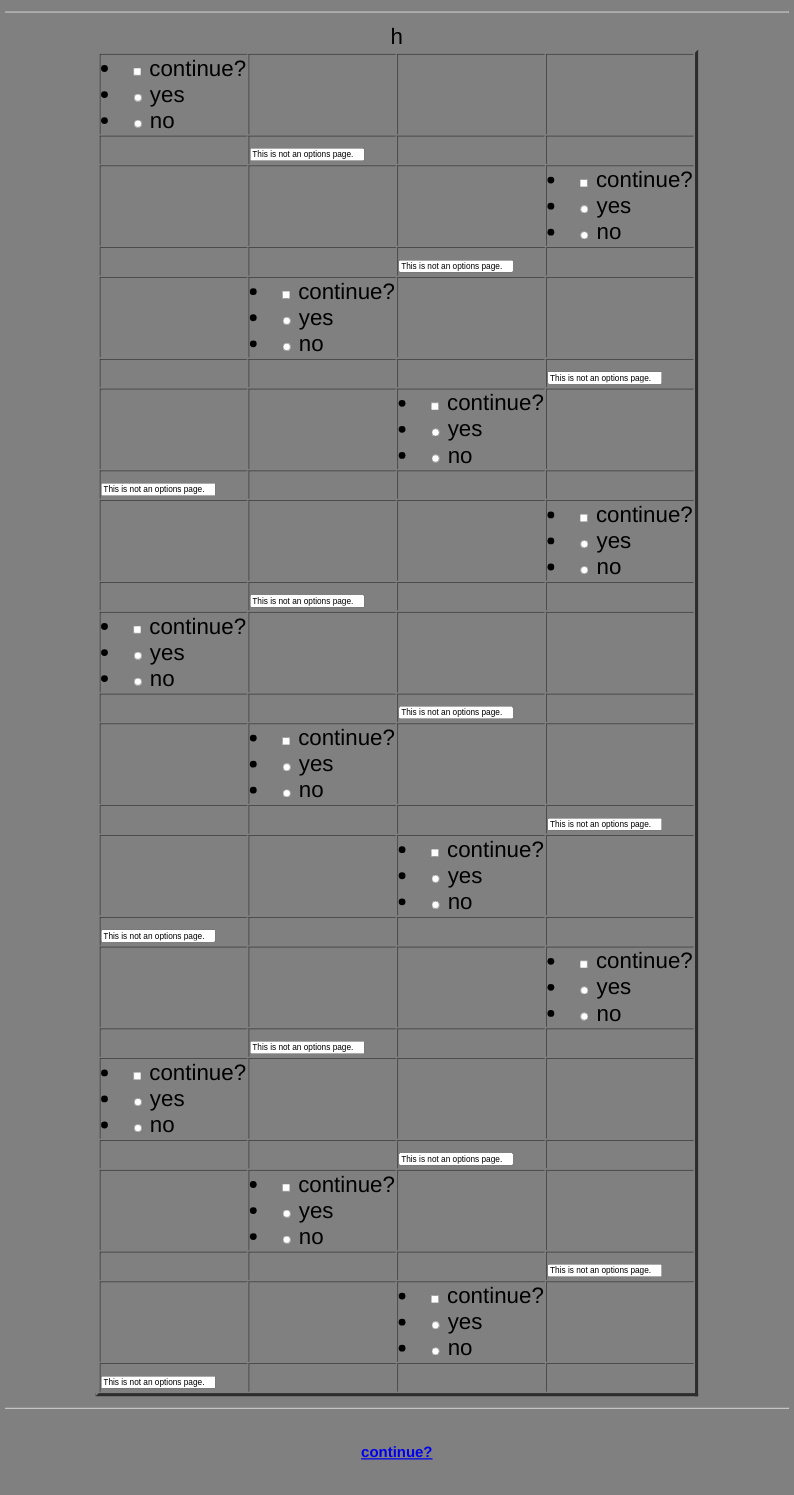
Repository: yiy225/yiy225.github.io
Page: 5 css/page 3.html
The author's editor kept a record of every edit. The page is drawn from the files as they stood at one moment, then again after the next edit.
The browser window is 1280 px wide. The pictures show the whole page, at 62% of full size.

Above is the page before.

### 5 css/page 3.html
<!DOCTYPE html>
<html>
    <head>
        <title>3rd page</title>
        <link href="styles.css" rel="stylesheet">
    </head>
    <body>
    	<hr />
        <center>
        <table border="5">
        <tr>
        <td>
        	<li><input type="checkbox"> continue?</li>
        	<li><input type="radio" name="rad"> yes</li>
        	<li><input type="radio" name="rad"> no</li>
        </td>
        <td>&nbsp;</td>
        <td>&nbsp;</td>
        <td>&nbsp;</td>
        </tr>
        <tr>
        <td>&nbsp;</td>
        <td><input type="text" value="This is not an options page."></td>
        <td>&nbsp;</td>
        <td>&nbsp;</td>
        </tr>
        <tr>
        <td>&nbsp;</td>
        <td>&nbsp;</td>
        <td>&nbsp;</td>
        <td>
        	<li><input type="checkbox"> continue?</li>
        	<li><input type="radio" name="rad"> yes</li>
        	<li><input type="radio" name="rad"> no</li>
        </td>
        </tr>
        <tr>
        <td>&nbsp;</td>
        <td>&nbsp;</td>h
        <td><input type="text" value="This is not an options page."></td>
        <td>&nbsp;</td>
        </tr>
        <tr>
        <td>&nbsp;</td>
        <td>
        	<li><input type="checkbox"> continue?</li>
        	<li><input type="radio" name="rad"> yes</li>
        	<li><input type="radio" name="rad"> no</li>
        </td>
        <td>&nbsp;</td>
        <td>&nbsp;</td>
        </tr>
        <tr>
        <td>&nbsp;</td>
        <td>&nbsp;</td>
        <td>&nbsp;</td>
        <td><input type="text" value="This is not an options page."></td>
        </tr>
        <tr>
        <td>&nbsp;</td>
        <td>&nbsp;</td>
        <td>
        	<li><input type="checkbox"> continue?</li>
        	<li><input type="radio" name="rad"> yes</li>
        	<li><input type="radio" name="rad"> no</li>
        </td>
        <td>&nbsp;</td>
        </tr>
        <tr>
        <td><input type="text" value="This is not an options page."></td>
        <td>&nbsp;</td>
        <td>&nbsp;</td>
        <td>&nbsp;</td>
        </tr>
        <td>&nbsp;</td>
        <td>&nbsp;</td>
        <td>&nbsp;</td>
        <td>
        	<li><input type="checkbox"> continue?</li>
        	<li><input type="radio" name="rad"> yes</li>
        	<li><input type="radio" name="rad"> no</li>
        </td>
        </tr>
        <tr>
        <td>&nbsp;</td>
        <td><input type="text" value="This is not an options page."></td>
        <td>&nbsp;</td>
        <td>&nbsp;</td>
        </tr>
        <tr>
        <td>
        	<li><input type="checkbox"> continue?</li>
        	<li><input type="radio" name="rad"> yes</li>
        	<li><input type="radio" name="rad"> no</li>
        </td>
        <td>&nbsp;</td>
        <td>&nbsp;</td>
        <td>&nbsp;</td>
        </tr>
        <tr>
        <td>&nbsp;</td>
        <td>&nbsp;</td>
        <td><input type="text" value="This is not an options page."></td>
        <td>&nbsp;</td>
        </tr>
        <tr>
        <td>&nbsp;</td>
        <td>
        	<li><input type="checkbox"> continue?</li>
        	<li><input type="radio" name="rad"> yes</li>
        	<li><input type="radio" name="rad"> no</li>
        </td>
        <td>&nbsp;</td>
        <td>&nbsp;</td>
        </tr>
        <tr>
        <td>&nbsp;</td>
        <td>&nbsp;</td>
        <td>&nbsp;</td>
        <td><input type="text" value="This is not an options page."></td>
        </tr>
        <tr>
        <td>&nbsp;</td>
        <td>&nbsp;</td>
        <td>
        	<li><input type="checkbox"> continue?</li>
        	<li><input type="radio" name="rad"> yes</li>
        	<li><input type="radio" name="rad"> no</li>
        </td>
        <td>&nbsp;</td>
        </tr>
        <tr>
        <td><input type="text" value="This is not an options page."></td>
        <td>&nbsp;</td>
        <td>&nbsp;</td>
        <td>&nbsp;</td>
        </tr>
        </tr>
        <td>&nbsp;</td>
        <td>&nbsp;</td>
        <td>&nbsp;</td>
        <td>
        	<li><input type="checkbox"> continue?</li>
        	<li><input type="radio" name="rad"> yes</li>
        	<li><input type="radio" name="rad"> no</li>
        </td>
        </tr>
        <tr>
        <td>&nbsp;</td>
        <td><input type="text" value="This is not an options page."></td>
        <td>&nbsp;</td>
        <td>&nbsp;</td>
        </tr>
        <tr>
        <td>
        	<li><input type="checkbox"> continue?</li>
        	<li><input type="radio" name="rad"> yes</li>
        	<li><input type="radio" name="rad"> no</li>
        </td>
        <td>&nbsp;</td>
        <td>&nbsp;</td>
        <td>&nbsp;</td>
        </tr>
        <tr>
        <td>&nbsp;</td>
        <td>&nbsp;</td>
        <td><input type="text" value="This is not an options page."></td>
        <td>&nbsp;</td>
        </tr>
        <tr>
        <td>&nbsp;</td>
        <td>
        	<li><input type="checkbox"> continue?</li>
        	<li><input type="radio" name="rad"> yes</li>
        	<li><input type="radio" name="rad"> no</li>
        </td>
        <td>&nbsp;</td>
        <td>&nbsp;</td>
        </tr>
        <tr>
        <td>&nbsp;</td>
        <td>&nbsp;</td>
        <td>&nbsp;</td>
        <td><input type="text" value="This is not an options page."></td>
        </tr>
        <tr>
        <td>&nbsp;</td>
        <td>&nbsp;</td>
        <td>
        	<li><input type="checkbox"> continue?</li>
        	<li><input type="radio" name="rad"> yes</li>
        	<li><input type="radio" name="rad"> no</li>
        </td>
        <td>&nbsp;</td>
        </tr>
        <tr>
        <td><input type="text" value="This is not an options page."></td>
        <td>&nbsp;</td>
        <td>&nbsp;</td>
        <td>&nbsp;</td>
        </tr>

        </table>
        <hr />
        <a href="page 4"><center><h6>continue?</h6></center></a>
    </body>
</html>

### styles.css
body {
    background-color: gray;
    font-size: 36px;
    font-family: Helvetica, Arial, sans-serif;
    text-align: right;
}

p {
    margin: 100px;
}

After the next edit:
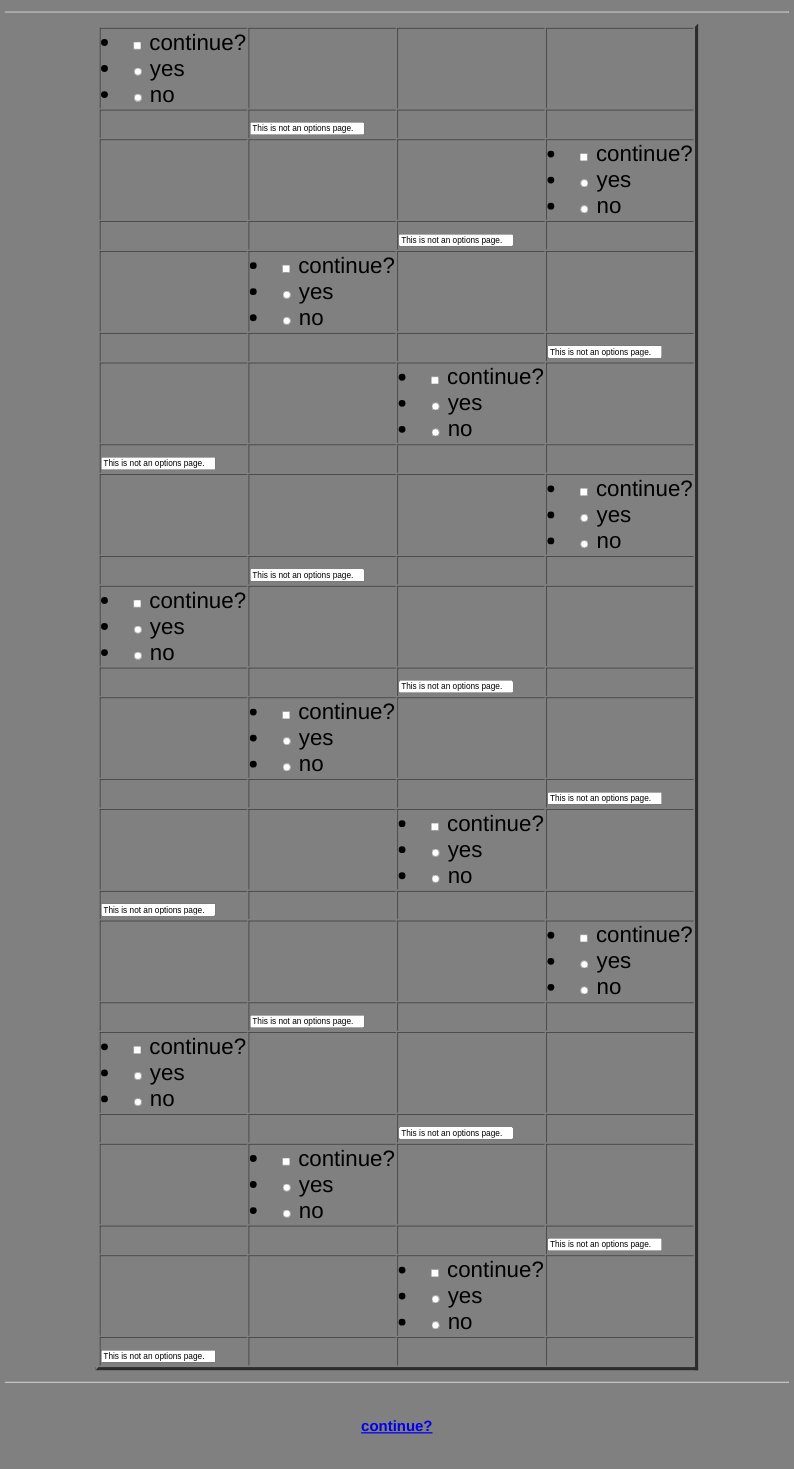
The edit:
--- a/5 css/page 3.html
+++ b/5 css/page 3.html
@@ -36,7 +36,7 @@
         </tr>
         <tr>
         <td>&nbsp;</td>
-        <td>&nbsp;</td>h
+        <td>&nbsp;</td>
         <td><input type="text" value="This is not an options page."></td>
         <td>&nbsp;</td>
         </tr>
